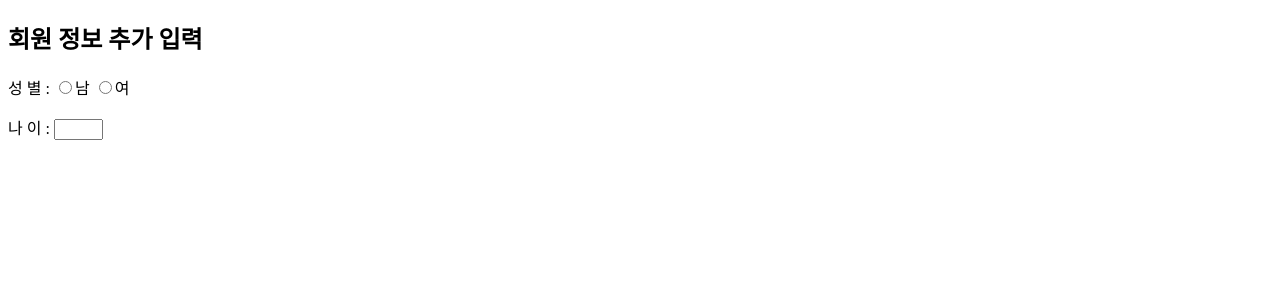
Repository: lopanghub/git_study
Page: http://localhost/JSPPracticeCh08/session/sessionAttributeForm02.jsp
These files come from the project's save history. The page is drawn as it stood at one moment and after the next save; the edit follows.
The browser window is 1280 px wide. The pictures show the whole page.
The page is served by Tomcat 9.

Above is the page before, as saved 2024-04-16 07:27:30.

After the next save:
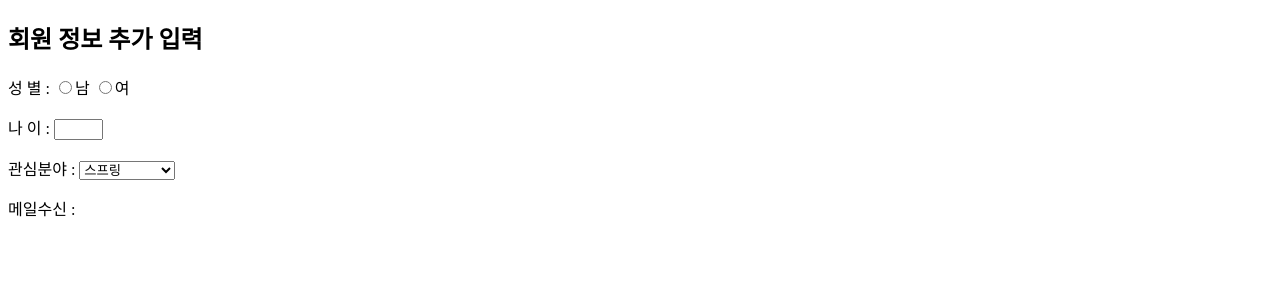
Saved 113 s later.
--- a/JSPStudy/JSPPracticeCh08/src/main/webapp/session/sessionAttributeForm02.jsp
+++ b/JSPStudy/JSPPracticeCh08/src/main/webapp/session/sessionAttributeForm02.jsp
@@ -14,6 +14,15 @@
 			<input type ="radio" name="gender" value="female"/>여</p>
 		<p>나  이 :
 			<input type="text" name="age" size="3"/></p>
+		<p>관심분야 :
+			<select name="interest">
+				<option value="Android">안드로이드</option>
+				<option value="JavaScript">자바스크립트</option>
+				<option value="Spring" selected>스프링</option>
+				<option value="jQuery">제이쿼리</option>
+				<option value="Oracle">오라클</option>
+			</select></p>
+		<p>메일수신 : <br>
 	</form>
 </body>
 </html>
